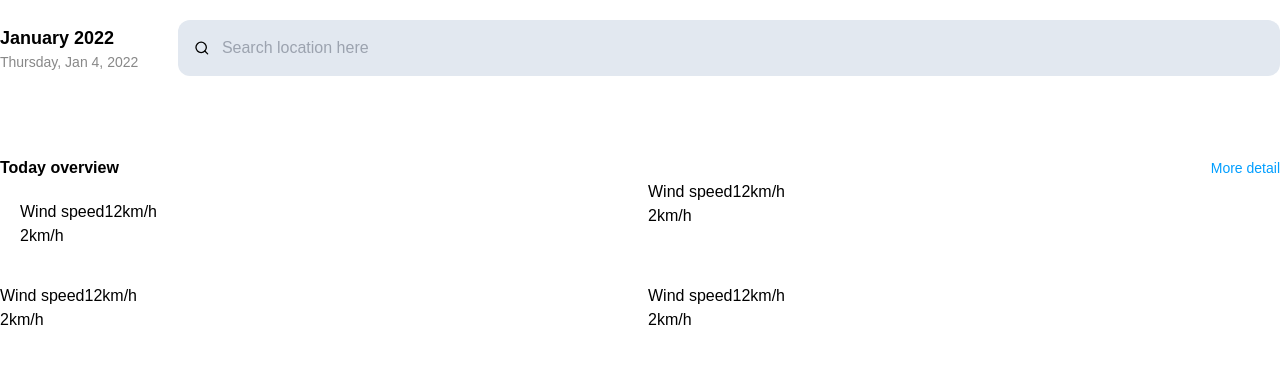
Repository: theweirdboiz/datawarehouse-ui
Page: /
The author's editor kept a copy of each file at every save. The page is drawn from the files as they stood at one save, then again after the next save.
The browser window is 1280 px wide. The pictures show the whole page.
The project was rebuilt for these pictures with package versions that can differ from the ones it lists, and the page was loaded fresh each time. Also part of the build but not shown: vite.config.js.

Above is the page before, as saved 2022-11-23 16:23:55.

After the next save:
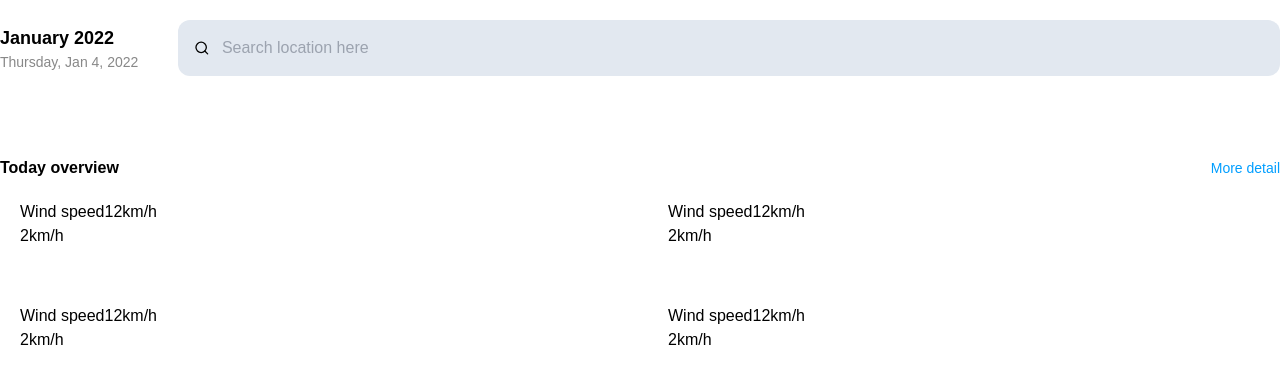
Saved 23 s later.
--- a/src/App.jsx
+++ b/src/App.jsx
@@ -46,7 +46,7 @@ function App() {
                   </div>
                   <span>2km/h</span>
                 </div>
-                <div className="content__detail-item">
+                <div className="content__detail-item p-5">
                   <i></i>
                   <div className="speed">
                     Wind speed
@@ -54,7 +54,7 @@ function App() {
                   </div>
                   <span>2km/h</span>
                 </div>
-                <div className="content__detail-item">
+                <div className="content__detail-item p-5">
                   <i></i>
                   <div className="speed">
                     Wind speed
@@ -62,7 +62,7 @@ function App() {
                   </div>
                   <span>2km/h</span>
                 </div>
-                <div className="content__detail-item">
+                <div className="content__detail-item p-5">
                   <i></i>
                   <div className="speed">
                     Wind speed
